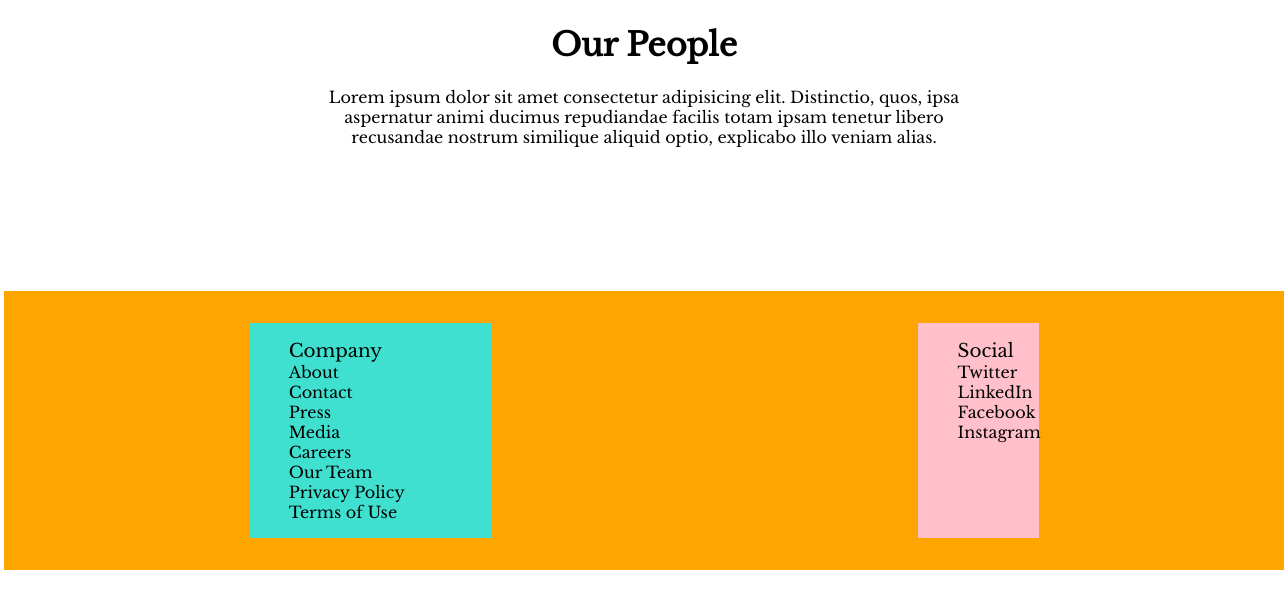
Repository: Tsardines/app
Page: / (app in my-app/)
An editor plug-in stored every save of this project. The page is shown before and after the next save, followed by the edit.
The browser window is 1280 px wide. The page is 1288 px wide, so the pictures cover 1288 px, including what lies to the right of the window. The pictures show the whole page.
The page's requests for data from a server got no answer. The project was rebuilt for these pictures with package versions that can differ from the ones it lists, and the page was loaded fresh each time. No one was signed in, and anything a server would have sent is missing.

Above is the page before, as saved 2018-11-14 19:13:32.

After the next save:
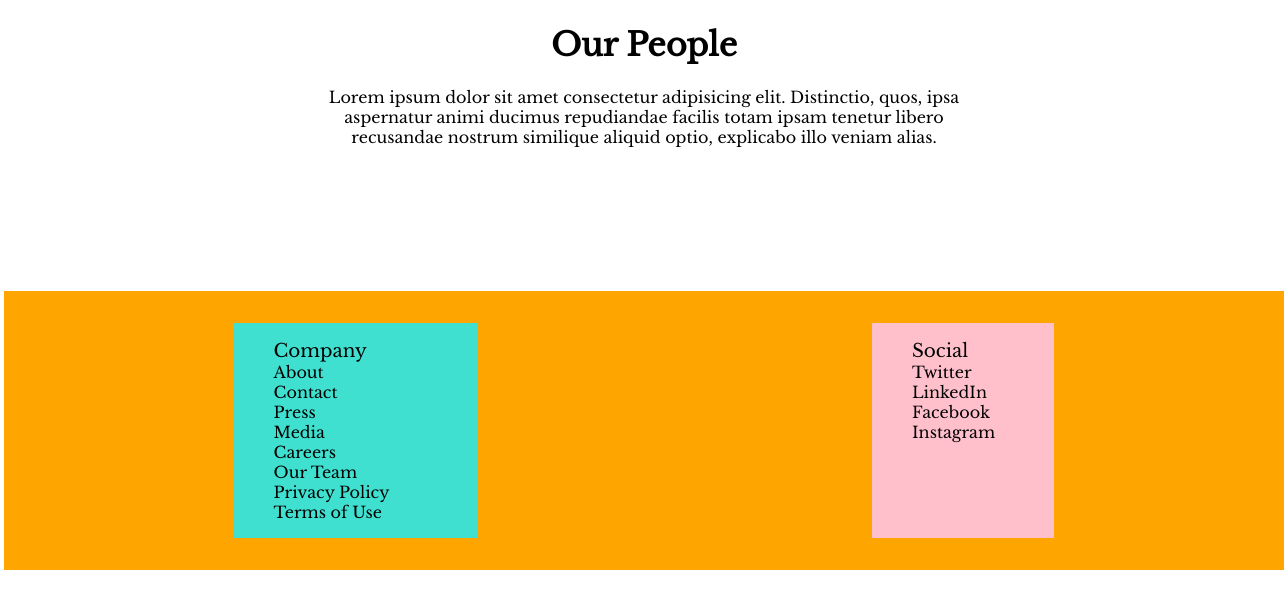
Saved 4 s later.
--- a/my-app/src/components/Footer.css
+++ b/my-app/src/components/Footer.css
@@ -22,7 +22,7 @@
 .right {
     background-color: pink;
     float: right;
-    width: 10%;
+    width: 15%;
 }
 
 .footer-title {
